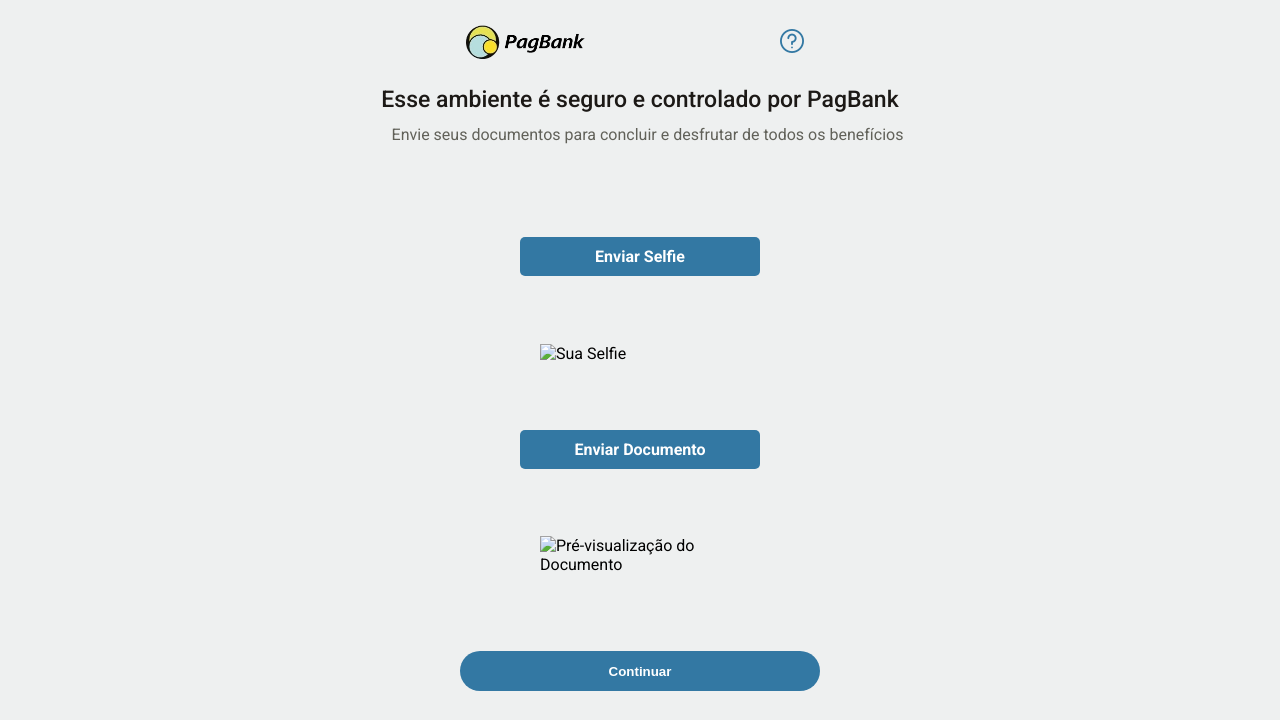
Repository: alfredo-allan/pagseguro
Page: selfie-doc.html
The author's editor kept a copy of each file at every save. The page is drawn from the files as they stood at one save, then again after a run of saves.
The browser window is 1280 px wide. The pictures show the whole page.

Above is the page before, as saved 2024-07-26 20:32:09.

After the next 3 saves:
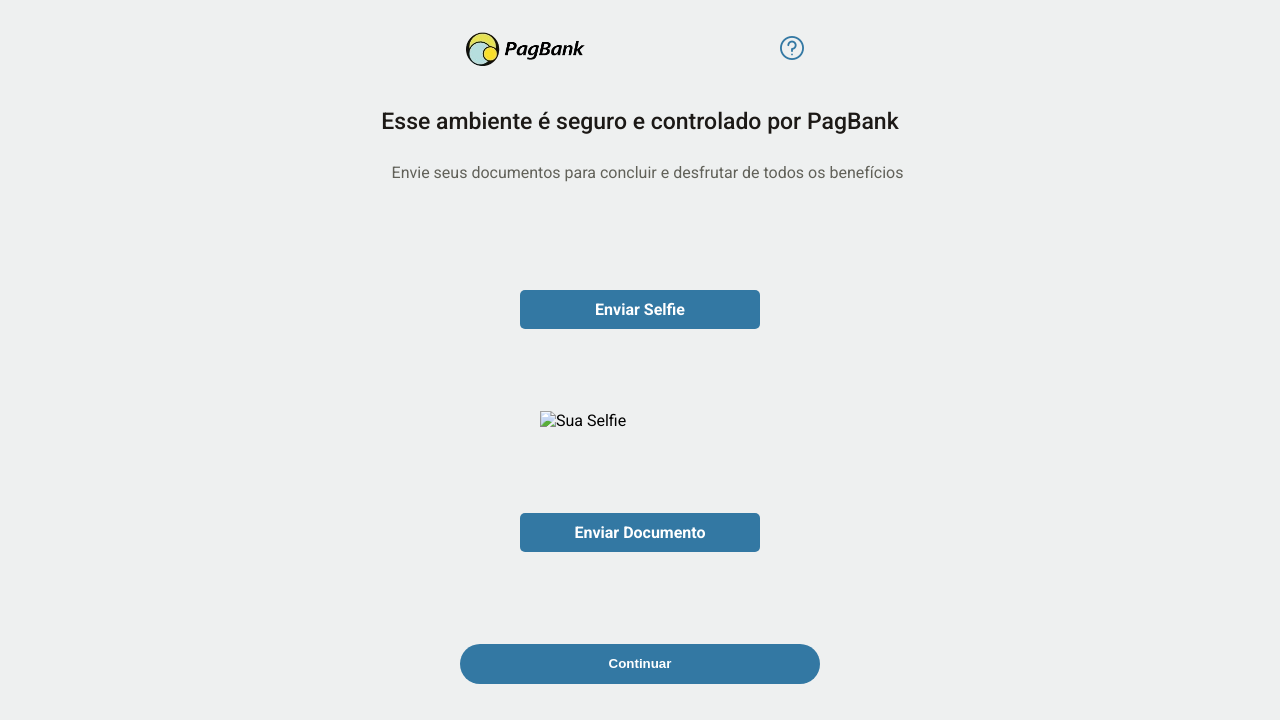
The 3 saves are shown as one change because they came seconds apart.
The last was saved 10 s later.
--- a/selfie-doc.html
+++ b/selfie-doc.html
@@ -100,7 +100,7 @@
       capture="environment"
       class="file-input"
     />
-    <img id="doc-preview" src="" alt="Pré-visualização do Documento"  style=""/>
+    <img id="doc-preview" src="" alt="Pré-visualização do Documento"  style="display: none;"/>
 
     <button id="btn-conf-cel">Continuar</button>
 

After the 2 saves that followed:
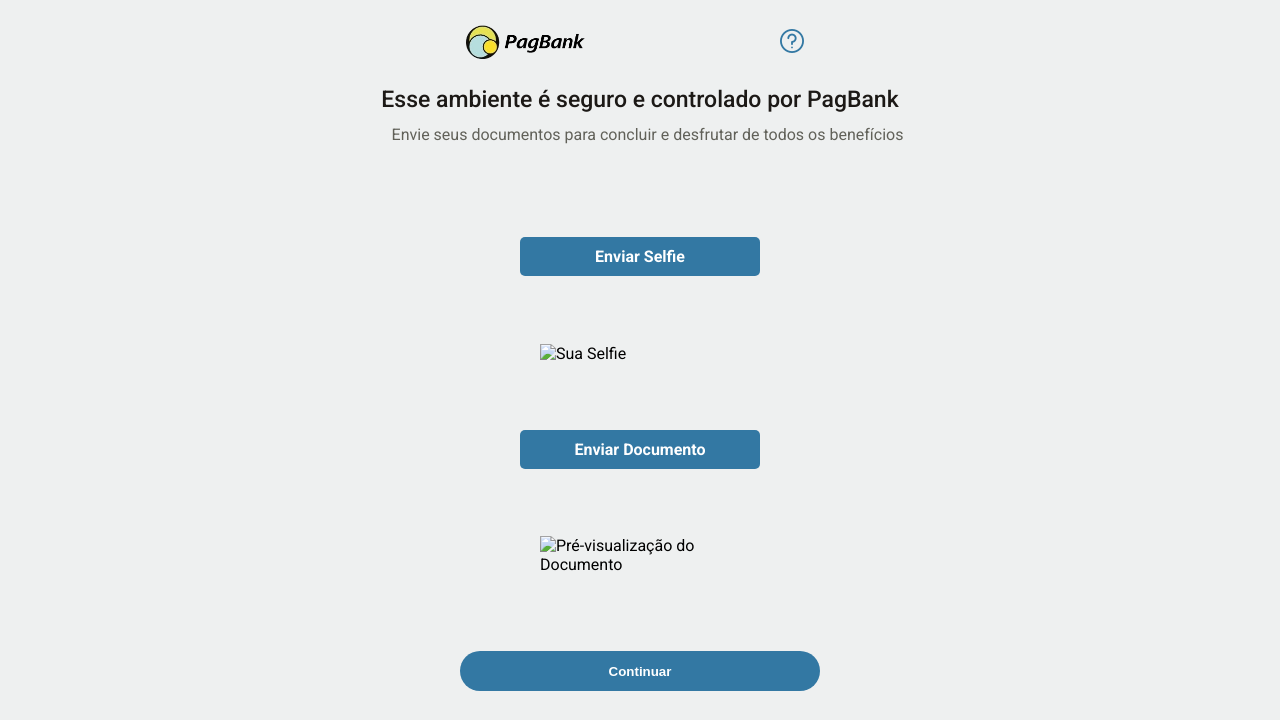
The 2 saves are shown as one change because they came seconds apart.
The last was saved 17 s later.
--- a/selfie-doc.html
+++ b/selfie-doc.html
@@ -100,7 +100,7 @@
       capture="environment"
       class="file-input"
     />
-    <img id="doc-preview" src="" alt="Pré-visualização do Documento"  style="display: none;"/>
+    <img id="doc-preview" src="" alt="Pré-visualização do Documento"/>
 
     <button id="btn-conf-cel">Continuar</button>
 
